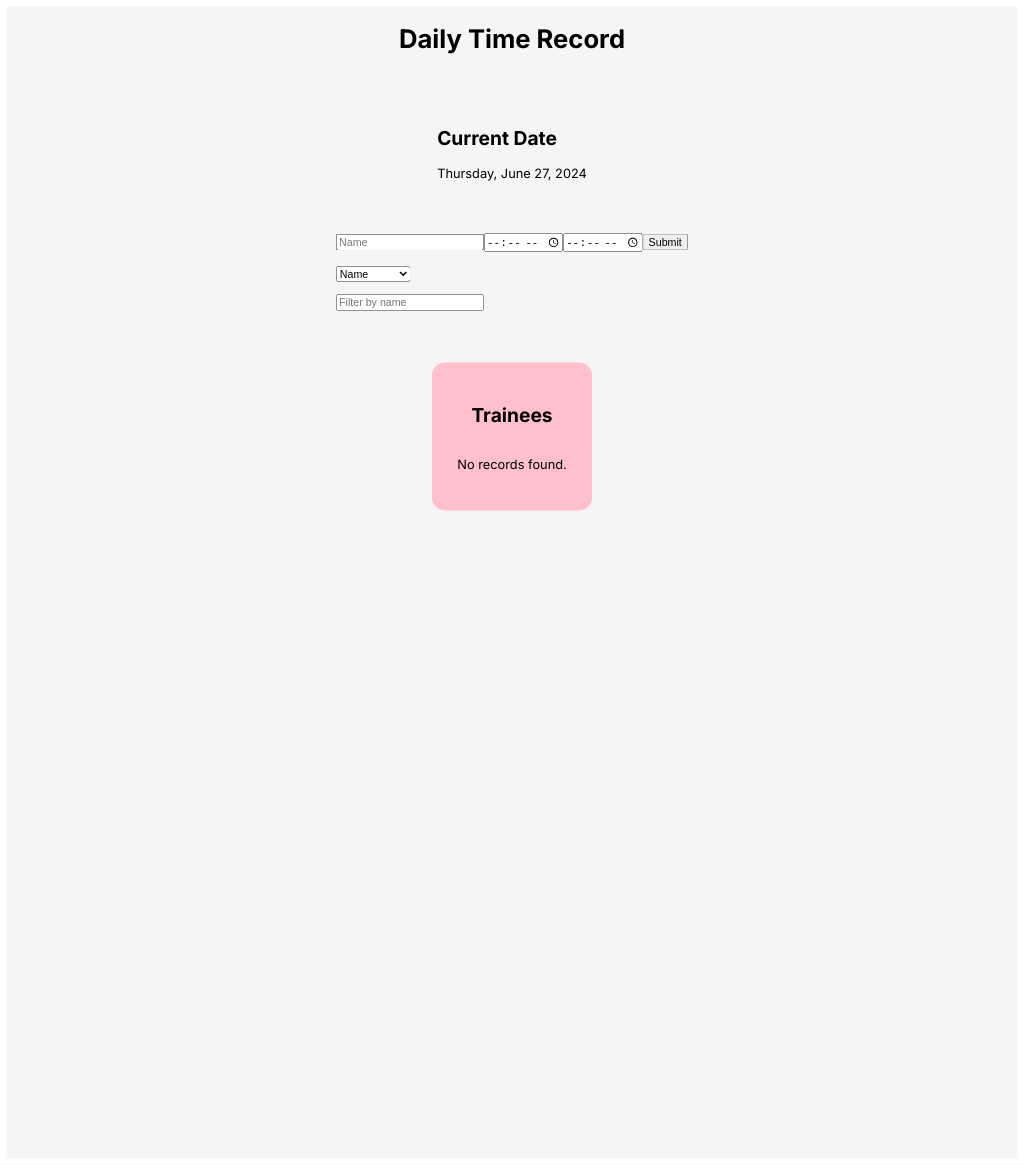
Repository: EeeeeEyyyy/daily_time_record
Page: /
These files come from the project's save history. The page is drawn as it stood at one moment and after a run of saves; the edit follows.
The browser window is 1280 px wide. The pictures show the whole page, at 80% of full size.
The project was rebuilt for these pictures with package versions that can differ from the ones it lists, and the page was loaded fresh each time. The framework's server and built-in components were replaced by stand-ins that run in the browser. Also part of the build but not shown: next.config.mjs, src/app/globals.css.

Above is the page before, as saved 2024-06-27 15:26:36.

After the next 2 saves:
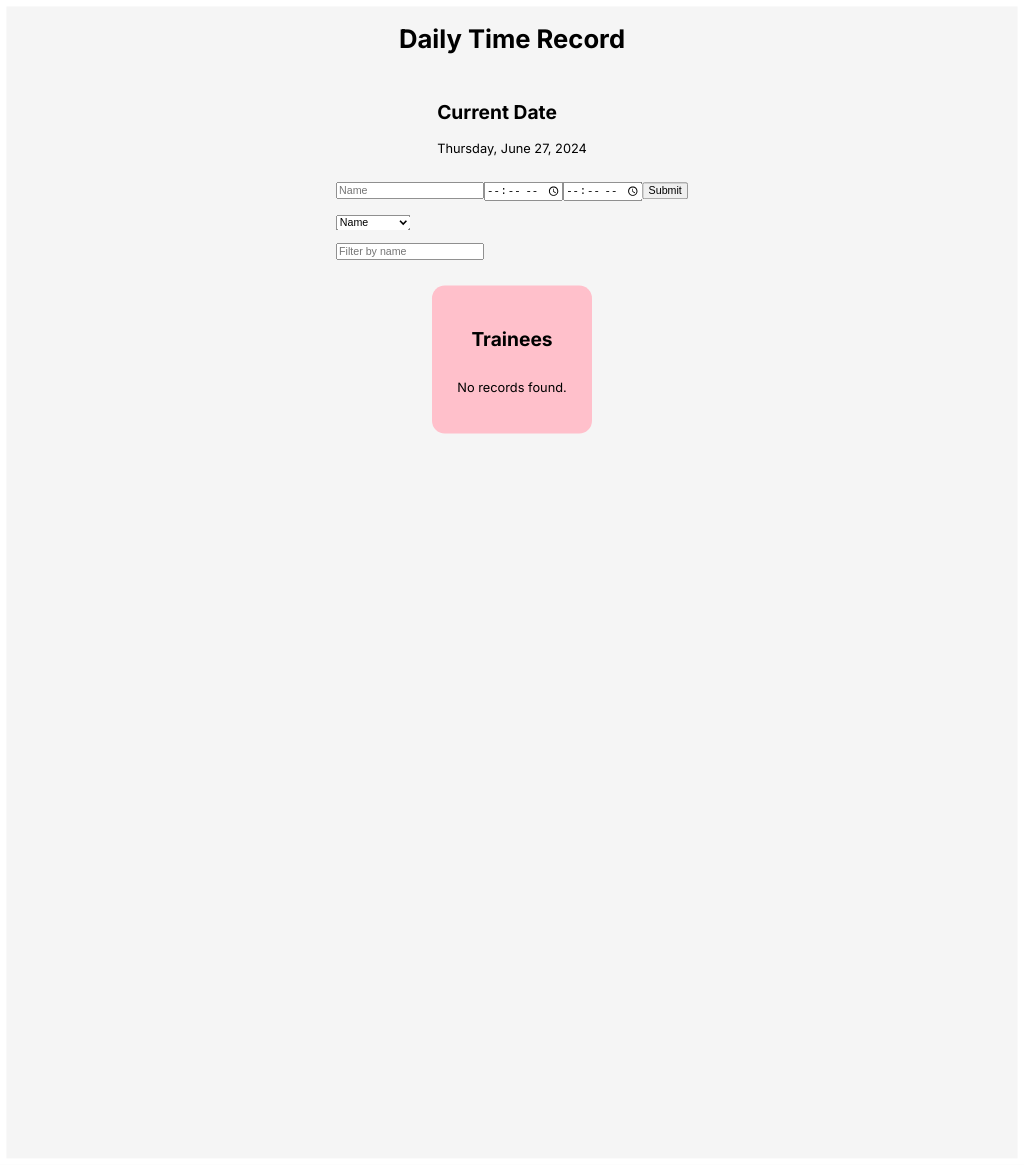
The 2 saves are shown as one change because they came seconds apart.
The last was saved 17 s later.
--- a/src/app/page.module.css
+++ b/src/app/page.module.css
@@ -4,7 +4,7 @@
     display:flex;
     flex-direction:column;
     align-items:center;
-    gap:3rem;
+    gap:1rem;
 }
 .trainees_m{
 border-radius:1rem;
